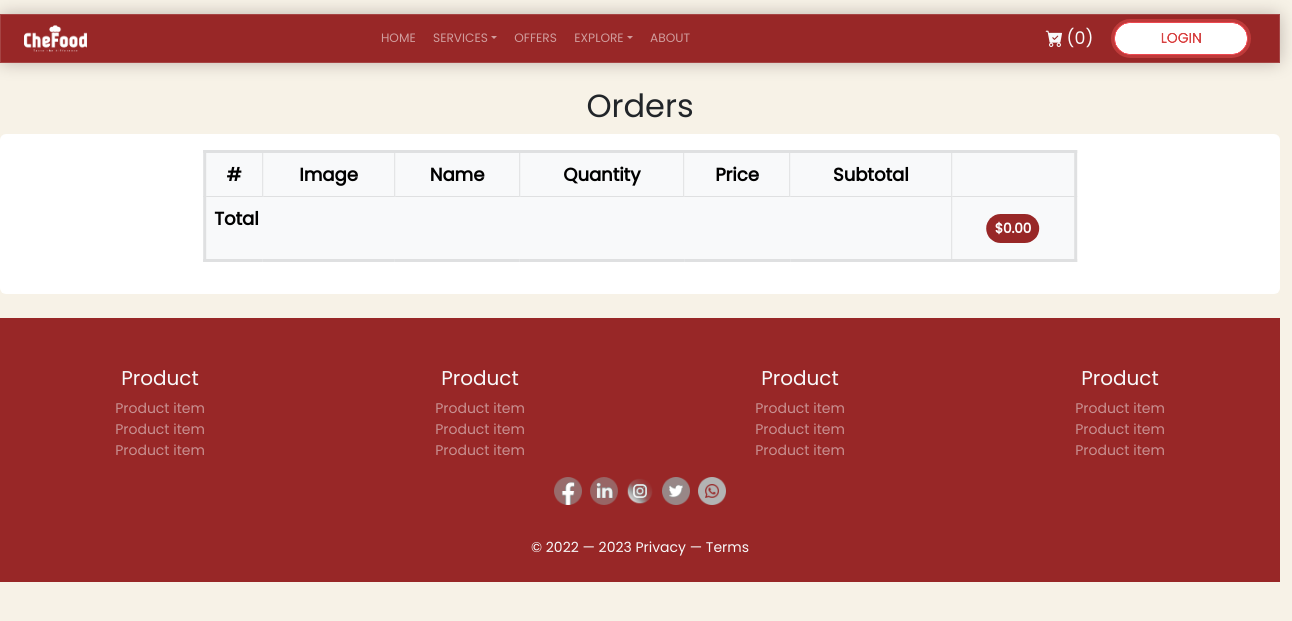
Repository: qamchamine/chefood
Page: /cart (app in front-end/)
An editor plug-in stored every save of this project. The page is shown before and after a run of saves, followed by the edit.
The browser window is 1280 px wide. The page is 1292 px wide, so the pictures cover 1292 px, including what lies to the right of the window. The pictures show the whole page.
The project was rebuilt for these pictures with package versions that can differ from the ones it lists, and the page was loaded fresh each time. Some packages were replaced by stand-ins written for this rebuild. Also part of the build but not shown: front-end/src/css/products.css, front-end/src/components/small_components/ProductCard.jsx, front-end/src/components/small_components/AddProduct.jsx, front-end/src/components/pages/sub-pages/Products.jsx, front-end/src/components/small_components/ButtonMain.jsx, front-end/src/components/small_components/HomeCard.jsx, front-end/src/components/small_components/HomeCardFullSection.jsx, front-end/src/components/pages/Home.jsx and 34 more. Imported but missing from the stored project, and not drawn on this page: front-end/src/sounds/applause.mp3, front-end/src/sounds/wheel.mp3.

Above is the page before, as saved 2023-06-25 20:17:15.

After the next 2 saves:
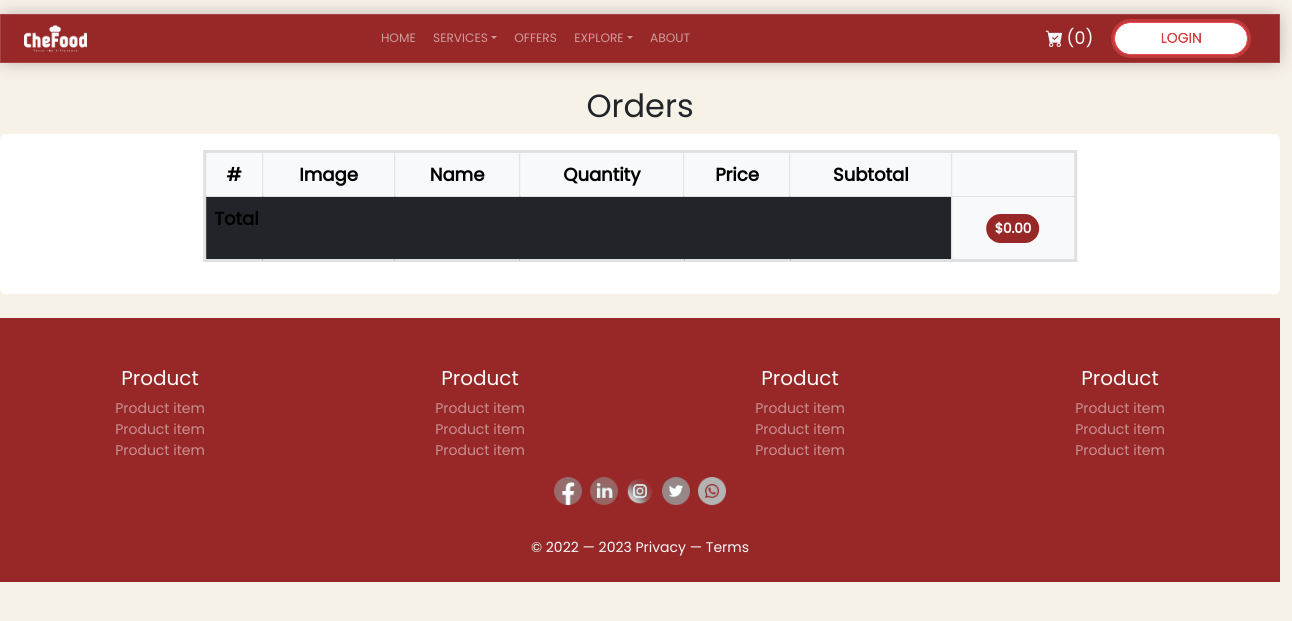
The 2 saves are shown as one change because they came seconds apart.
The last was saved 9 s later.
--- a/front-end/src/components/small_components/shopping/Cart.jsx
+++ b/front-end/src/components/small_components/shopping/Cart.jsx
@@ -66,8 +66,8 @@ export default function Cart() {
                                     </tr>
                                 )): ''
                             }
-                            <tr className=''>
-                                <th colSpan={6} className="text-start">
+                            <tr>
+                                <th colSpan={6} className="text-start bg-dark">
                                     Total
                                 </th>
                                 <th colSpan={1} className=" b py-3">
